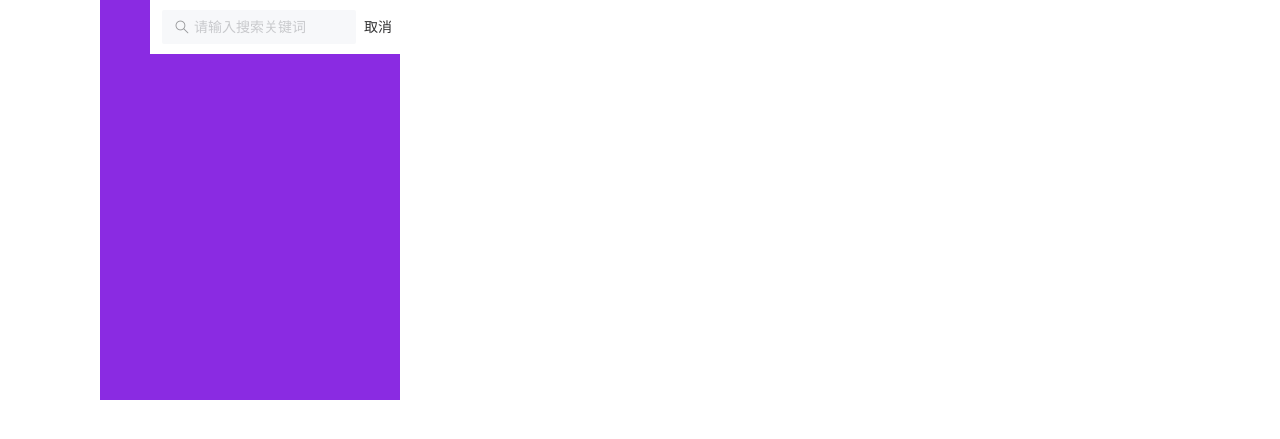
Repository: liyang777777/shangcheng
Page: /
The author's editor kept a copy of each file at every save. The page is drawn from the files as they stood at one save, then again after the next save.
The browser window is 1280 px wide. The pictures show the whole page.
The project was rebuilt for these pictures with package versions that can differ from the ones it lists, and the page was loaded fresh each time. Also part of the build but not shown: vue.config.js. Imported but missing from the stored project, and not drawn on this page: src/views/About.

Above is the page before, as saved 2020-06-22 10:39:32.

After the next save:
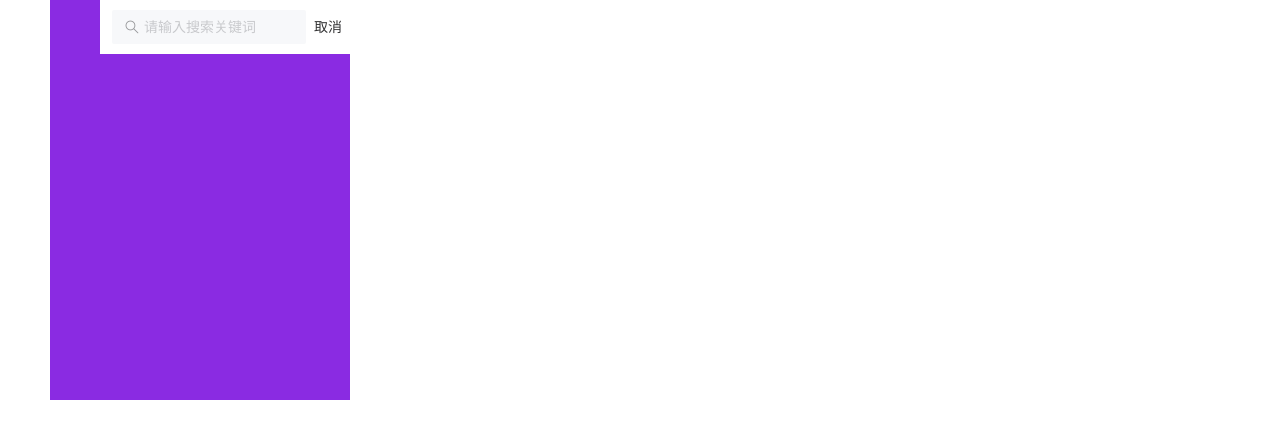
Saved 12 s later.
--- a/src/views/Home.vue
+++ b/src/views/Home.vue
@@ -43,7 +43,7 @@ export default {
   height: 400px;
   background: blueviolet;
   display: flex;
-  margin-left: 100px;
+  margin-left: 50px;
 }
 .box {
   height: 25px;
